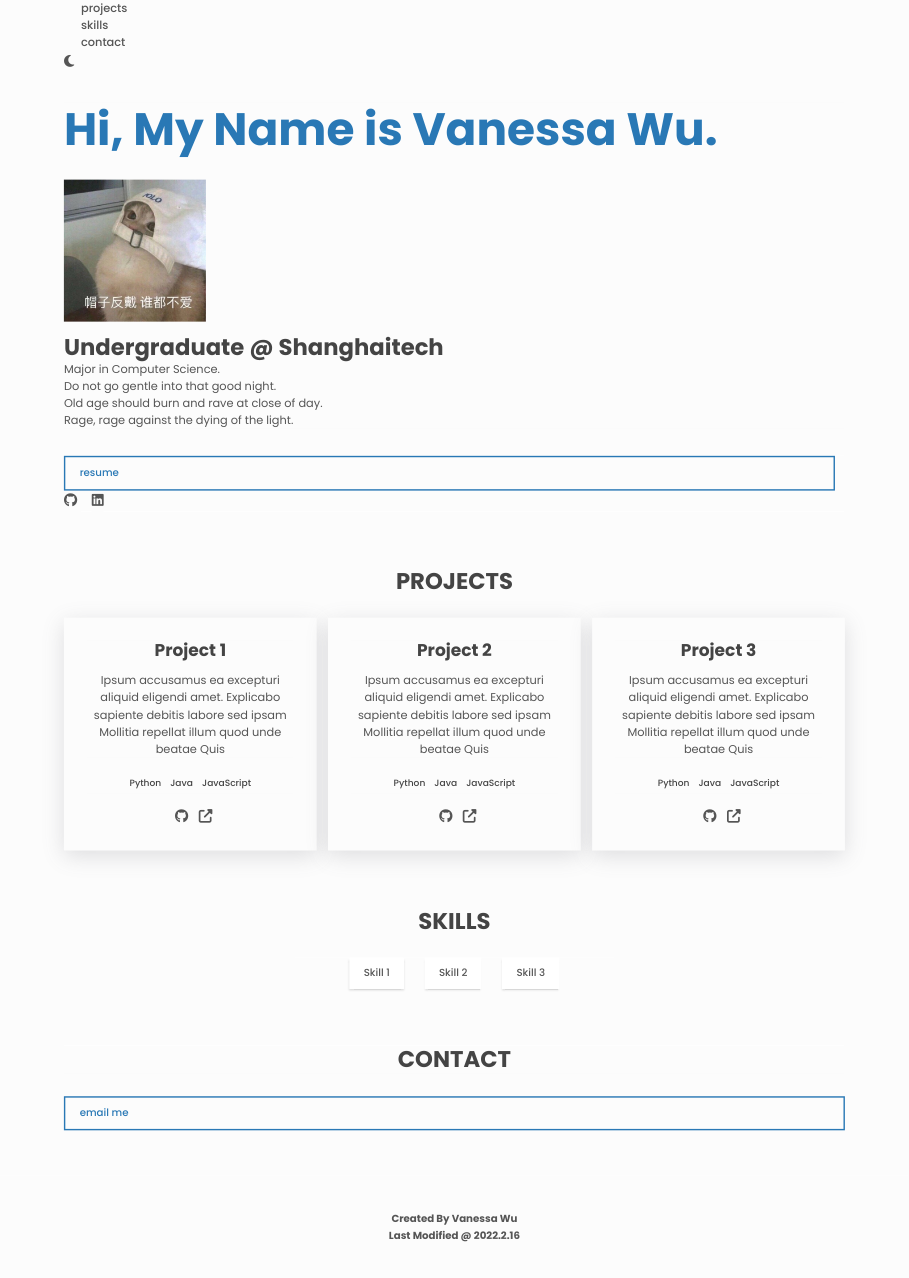
Repository: indiansummer1022/Cubstart
Page: Web Track/hw1/index.html
These files come from the project's save history. The page is drawn as it stood at one moment and after the next save; the edit follows.
The browser window is 1280 px wide. The pictures show the whole page, at 71% of full size.
Some web libraries are served in a nearby version.

Above is the page before, as saved 2022-02-16 00:40:27.

After the next save:
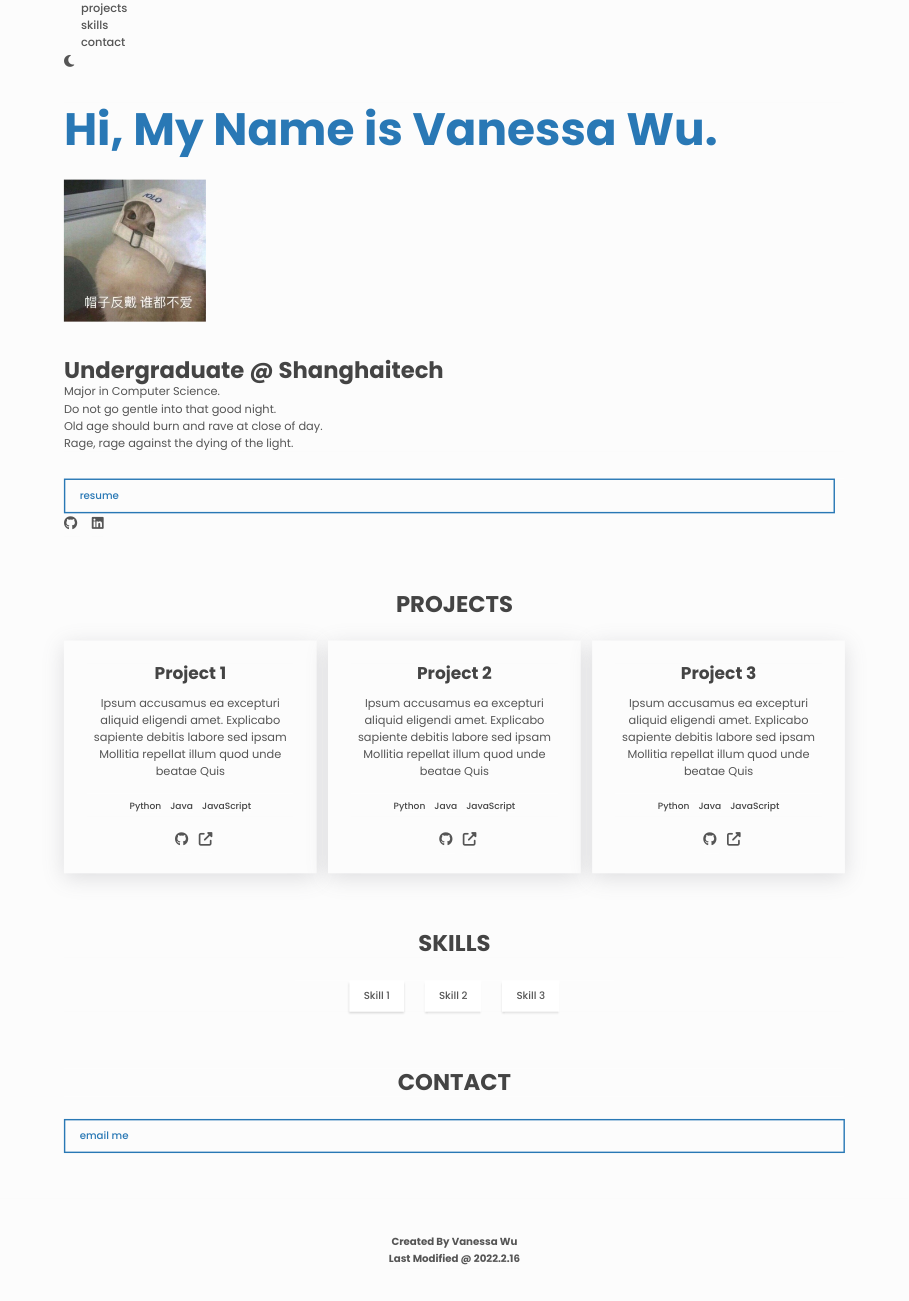
Saved 9 s later.
--- a/Web Track/hw1/styles.css
+++ b/Web Track/hw1/styles.css
@@ -280,6 +280,7 @@ main {
 .about__photo{
   margin-top: 0.5em;
   width: 200px;
+  margin-bottom: 0.5em;
 
 }
 
